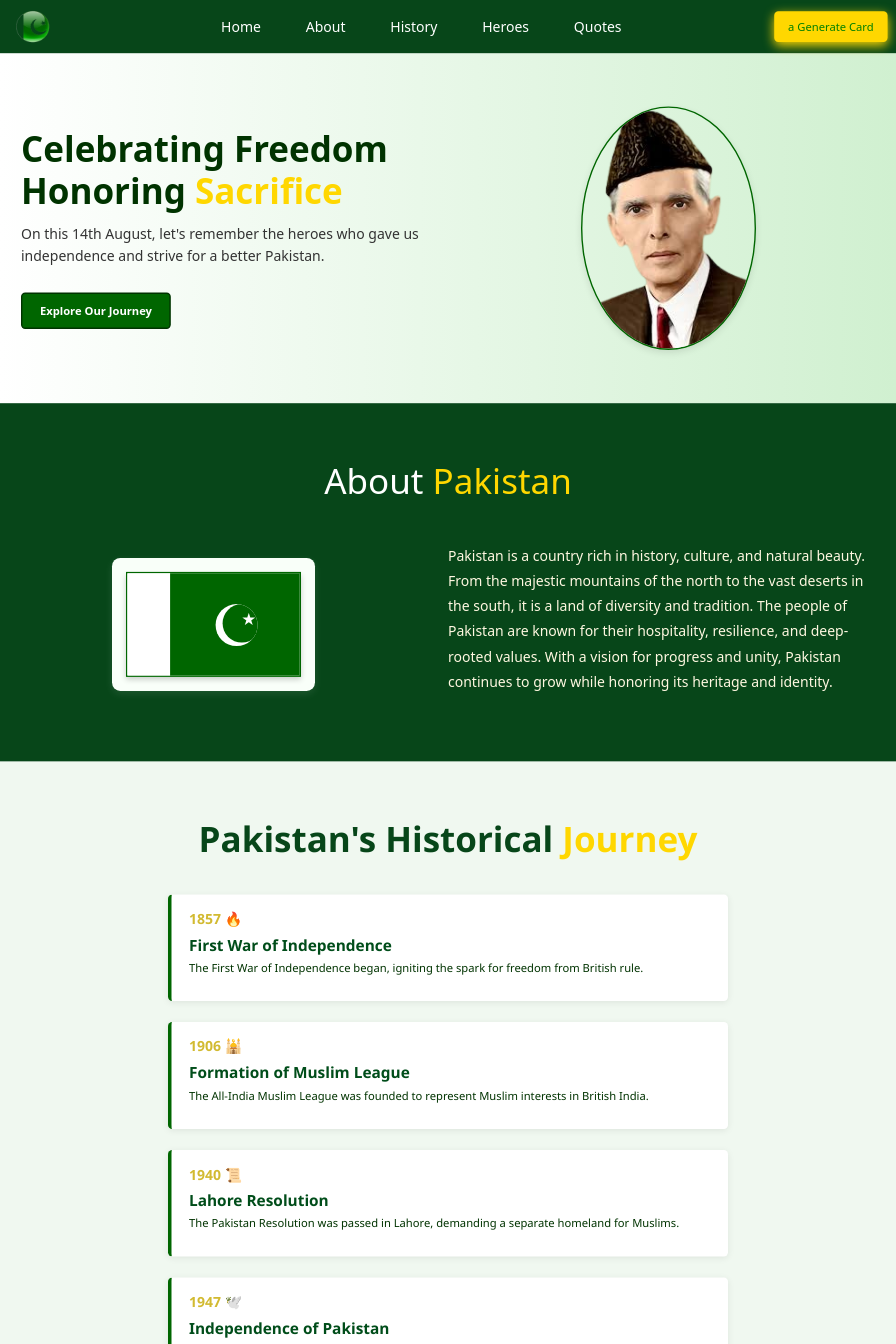
Repository: memonmuhammadali98/Pakistan-Independence-Day
Page: index.html
An editor plug-in stored every save of this project. The page is shown before and after a run of saves, followed by the edit.
The browser window is 1280 px wide. The pictures show the part of the page from y = 0 to 1920 px (the page is 6354 px tall), at 70% of full size.

Above is the page before, as saved 2025-08-09 21:17:45.

After the next 2 saves:
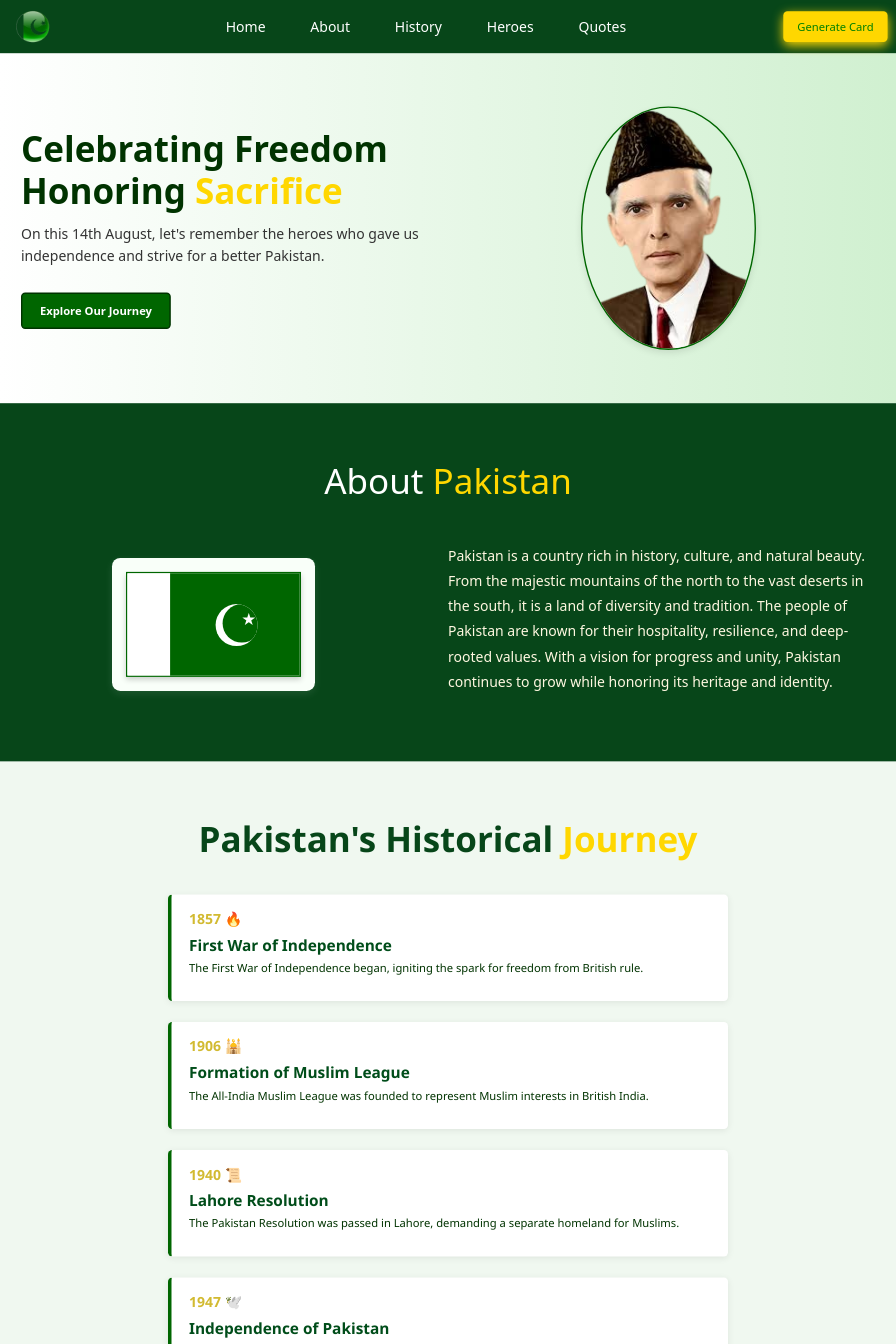
The 2 saves are shown as one change because they came seconds apart.
The last was saved 6 s later.
--- a/index.html
+++ b/index.html
@@ -45,7 +45,7 @@
           </li>
         </ul>
         <form class="d-flex" role="search">
-          <button class="btn" type="submit">a Generate Card</button>
+          <button class="btn" type="submit"><a href="#"></a> Generate Card</button>
         </form>
       </div>
     </div>
